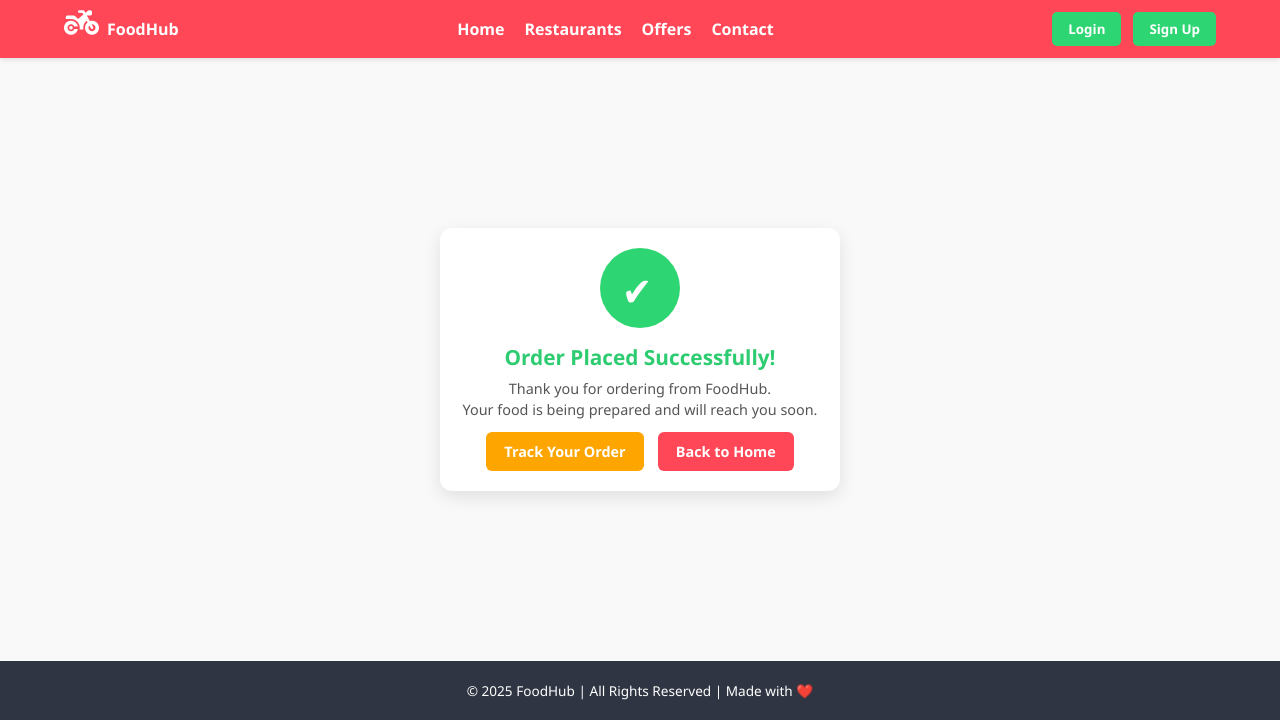
Repository: srinithiashoka/FoodDeliveryApp
Page: http://localhost/FoodDeliveryApp/success.jsp
The author's editor kept a copy of each file at every save. The page is drawn from the files as they stood at one save, then again after the next save.
The browser window is 1280 px wide. The pictures show the whole page.
The page is served by Tomcat 10. Other server files are loaded and not shown.

Above is the page before, as saved 2025-12-03 16:47:52.

### FoodDeliveryApp/src/main/webapp/success.jsp
<%@ page language="java" contentType="text/html; charset=UTF-8" pageEncoding="UTF-8"%>
<%@ page import="com.foodapp.model.User" %>
<%
    User user = (User) session.getAttribute("user");
    // Get orderId dynamically from request parameter or session
    Integer orderId = (Integer) session.getAttribute("lastOrderId");
    if (orderId == null) {
        orderId = 0; // fallback if not available
    }
%>
<!DOCTYPE html>
<html lang="en">
<head>
<meta charset="UTF-8">
<meta name="viewport" content="width=device-width, initial-scale=1.0">
<title>Order Success - FoodHub</title>
<link rel="stylesheet" href="https://cdnjs.cloudflare.com/ajax/libs/font-awesome/6.5.0/css/all.min.css">
<link rel="stylesheet" href="css/home.css">
<style>
/* GENERAL PAGE */
body {
    display: flex;
    flex-direction: column;
    min-height: 100vh;
    background: #f9f9f9;
    color: #333;
}

/* SUCCESS CARD */
.success-section {
    flex: 1;
    display: flex;
    justify-content: center;
    align-items: center;
    padding: 50px 20px;
}
.success-box {
    text-align: center;
    background: #fff;
    padding: 20px 15px;
    border-radius: 12px;
    box-shadow: 0 6px 18px rgba(0,0,0,0.1);
    max-width: 400px;
    width: 100%;
}
.success-animation {
    width: 80px;
    height: 80px;
    margin: 0 auto 15px;
    position: relative;
}
.circle {
    width: 80px;
    height: 80px;
    background: #2ed573;
    border-radius: 50%;
    animation: pop 0.5s ease-out;
}
.checkmark {
    position: absolute;
    top: 15px;
    left: 22px;
    font-size: 40px;
    color: white;
    opacity: 0;
    animation: check 0.6s ease-out 0.2s forwards;
}
@keyframes pop {0%{transform:scale(0.2);opacity:0;}100%{transform:scale(1);opacity:1;}}
@keyframes check {0%{transform:scale(0.2);opacity:0;}100%{transform:scale(1);opacity:1;}}
.success-box h1 {margin-top: 12px; color:#2ecc71; font-size:1.3rem;}
.success-text {margin-top: 8px; color:#555; font-size:0.9rem; line-height:1.4;}
.track-btn, .home-btn {
    display: inline-block;
    margin-top: 12px;
    padding: 10px 18px;
    color: white;
    font-weight: bold;
    border-radius: 6px;
    text-decoration: none;
    font-size: 0.9rem;
    transition: 0.3s;
}
.track-btn {background: #ffa500; /* Orange for track */ margin-right:10px;}
.track-btn:hover {background:#e59400; transform: scale(1.05);}
.home-btn {background: #ff4757;} /* Red for home */
.home-btn:hover {background:#e03c4c; transform: scale(1.05);}

/* FOOTER */
footer {
    background:#2f3542;
    color:white;
    text-align:center;
    padding:20px 0;
    font-size:0.85rem;
    margin-top:auto;
}
</style>
</head>
<body>

<!-- HEADER -->
<header>
    <div class="container">
        <div class="navbar">
            <div class="logo">
                <i class="fa-solid fa-motorcycle scooter-icon"></i>
                <span>FoodHub</span>
            </div>
            <ul class="nav-menu">
                <li><a href="home.jsp">Home</a></li>
                <li><a href="#">Restaurants</a></li>
                <li><a href="#">Offers</a></li>
                <li><a href="#">Contact</a></li>
            </ul>
            <div class="nav-actions">
                <% if (user == null) { %>
                    <button class="btn btn-login" onclick="location.href='login.jsp'">Login</button>
                    <button class="btn btn-signup" onclick="location.href='signup.jsp'">Sign Up</button>
                <% } else { %>
                    <span>Welcome, <%= user.getUsername() %></span>
                <% } %>
            </div>
        </div>
    </div>
</header>

<!-- SUCCESS CONTENT -->
<section class="success-section">
    <div class="success-box">
        <div class="success-animation">
            <div class="circle"></div>
            <div class="checkmark">&#10004;</div>
        </div>
        <h1>Order Placed Successfully!</h1>
        <p class="success-text">
            Thank you for ordering from FoodHub.<br>
            Your food is being prepared and will reach you soon.
        </p>
        <a href="trackorder.jsp?orderId=<%= orderId %>" class="track-btn">Track Your Order</a>
        <a href="home.jsp" class="home-btn">Back to Home</a>
    </div>
</section>

<!-- FOOTER -->
<footer>
    <div class="container">
        <p>© 2025 FoodHub | All Rights Reserved | Made with ❤️ </p>
    </div>
</footer>

</body>
</html>

### FoodDeliveryApp/src/main/webapp/css/home.css
/* RESET & GENERAL */
* {
    margin: 0;
    padding: 0;
    box-sizing: border-box;
    font-family: "Segoe UI", Tahoma, Geneva, Verdana, sans-serif;
}

a {
    text-decoration: none;
    color: inherit;
}

body {
    background: #f9f9f9;
    color: #333;
}

.container {
    width: 90%;
    max-width: 1200px;
    margin: auto;
}


/* ===========================
        HEADER
=========================== */
header {
    background: #ff4757;
    padding: 12px 0;
    color: white;
    position: sticky;
    top: 0;
    z-index: 100;
    box-shadow: 0 2px 5px rgba(0,0,0,0.1);
}

.navbar {
    display: flex;
    justify-content: space-between;
    align-items: center;
}

.logo {
    display: flex;
    align-items: center;
    gap: 8px;
    font-weight: 700;
    transition: transform 0.5s ease, color 0.5s ease;
}

.logo:hover {
    transform: rotate(-5deg) scale(1.05);
    color: #ffeaa7;
}

.scooter-icon {
    font-size: 28px;
    animation: bounce 2s infinite;
    color: white;
}

@keyframes bounce {
    0%, 100% { transform: translateY(0); }
    50% { transform: translateY(-6px); }
}

.nav-menu {
    display: flex;
    list-style: none;
    gap: 20px;
}

.nav-menu li a {
    font-weight: bold;
    color: white;
    transition: color 0.3s;
}

.nav-menu li a:hover {
    color: #ffeaa7;
}

.nav-actions {
    display: flex;
    align-items: center;
    gap: 12px;
}

.btn {
    padding: 8px 16px;
    border: none;
    border-radius: 5px;
    cursor: pointer;
    font-weight: bold;
    transition: background 0.3s, transform 0.2s;
}

.btn-login,
.btn-signup {
    background: #2ed573;
    color: white;
}

.btn-login:hover,
.btn-signup:hover {
    background: #26c35e;
    transform: scale(1.05);
}

.cart-icon-wrapper {
    position: relative;
}

.cart-badge {
    position: absolute;
    top: -5px;
    right: -7px;
    background: #ff4757;
    color: white;
    font-size: 12px;
    padding: 2px 6px;
    border-radius: 50%;
}


/* ===========================
            HERO
=========================== */
.hero {
    background: #ff4b4b;
    color: white;
    text-align: center;
    padding: 100px 20px 50px;
    border-radius: 0;
}

.hero h1 {
    font-size: 2.6rem;
    margin-bottom: 20px;
    text-shadow: 1px 1px 6px rgba(0,0,0,0.3);
    animation: heroFade 1s ease-out forwards;
}

.hero p {
    font-size: 1.2rem;
    margin-bottom: 25px;
    text-shadow: 1px 1px 5px rgba(0,0,0,0.3);
}

@keyframes heroFade {
    0% { opacity: 0; transform: translateY(-20px); }
    100% { opacity: 1; transform: translateY(0); }
}


/* ===========================
        SEARCH CARD
=========================== */
.search-card {
    background: white;
    padding: 15px;
    display: flex;
    justify-content: center;
    align-items: center;
    gap: 10px;
    max-width: 750px;
    margin: 20px auto;
    box-shadow: 0 6px 15px rgba(0,0,0,0.1);
    border-radius: 12px;
    animation: searchCardFade 0.8s ease-out;
}

@keyframes searchCardFade {
    0% { opacity: 0; transform: translateY(20px); }
    100% { opacity: 1; transform: translateY(0); }
}

.search-input {
    padding: 12px;
    border: 1px solid #ddd;
    background: #fff;
    font-size: 14px;
    width: 200px;
    height: 50px;
    border-radius: 8px;
    outline: none;
    transition: 0.3s;
}

.search-input:hover {
    border-color: #ff4757;
    box-shadow: 0 2px 6px rgba(255,71,87,0.3);
}

.search-btn {
    padding: 12px 20px;
    background: #ff4757;
    color: white;
    border: none;
    font-weight: bold;
    cursor: pointer;
    height: 50px;
    border-radius: 8px;
    transition: 0.3s;
}

.search-btn:hover {
    background: #e03c4c;
    transform: scale(1.03);
}


/* ===========================
        CATEGORIES
=========================== */
.categories {
    padding: 40px 0;
}

.categories h2 {
    text-align: center;
    margin-bottom: 30px;
    font-size: 2rem;
    color: #ff4757;
}

.category-grid {
    display: flex;
    flex-wrap: wrap;
    justify-content: center;
    gap: 20px;
}

.category-card {
    background: white;
    border-radius: 10px;
    width: 140px;
    height: 150px;
    display: flex;
    flex-direction: column;
    align-items: center;
    justify-content: flex-start;
    box-shadow: 0 4px 12px rgba(0,0,0,0.1);
    cursor: pointer;
    transition: transform 0.3s, box-shadow 0.3s;
}

.category-card:hover {
    transform: translateY(-6px);
    box-shadow: 0 8px 18px rgba(0,0,0,0.15);
}

.category-card img {
    width: 100%;
    height: 100px;
    object-fit: cover;
    border-radius: 10px 10px 0 0;
}

.category-card p {
    margin: 6px 0;
    font-weight: 600;
    font-size: 0.95rem;
}


/* ===========================
        RESTAURANTS
=========================== */
.restaurants {
    padding: 30px 0;
}

.restaurants h2 {
    text-align: center;
    margin: 15px 0 25px;
    font-size: 2.2rem;
    font-weight: 700;
    color: #ff4757;
    opacity: 0;
    animation: fadeInTitle 1s forwards;
}

@keyframes fadeInTitle {
    from { opacity: 0; transform: translateY(15px); }
    to   { opacity: 1; transform: translateY(0); }
}

.restaurant-grid {
    display: flex;
    flex-wrap: wrap;
    justify-content: center;
    gap: 20px;
}

.restaurant-card {
    background: white;
    width: 240px;
    border-radius: 10px;
    overflow: hidden;
    box-shadow: 0 4px 15px rgba(0,0,0,0.1);
    transition: transform 0.3s, box-shadow 0.3s;
    cursor: pointer;
}

.restaurant-card:hover {
    transform: translateY(-6px);
    box-shadow: 0 10px 22px rgba(0,0,0,0.15);
}

.restaurant-card img {
    width: 100%;
    height: 150px;
    object-fit: cover;
}

.restaurant-info {
    padding: 15px;
}

.restaurant-info h3 {
    margin: 0 0 6px;
    font-size: 1.15rem;
}

.restaurant-meta {
    display: flex;
    justify-content: space-between;
    font-size: 0.85rem;
    color: #555;
    margin-bottom: 6px;
}

.restaurant-info p {
    margin: 2px 0;
    font-size: 0.9rem;
}


/* ===========================
            FOOTER
=========================== */
footer {
    background: #2f3542;
    color: white;
    text-align: center;
    padding: 20px 0;
    margin-top: 40px;
    font-size: 0.85rem;
}


/* ===========================
        RESPONSIVE
=========================== */
@media (max-width: 768px) {
    .nav-menu { display: none; }
    .search-card { flex-direction: column; }
    .search-input { width: 90%; }
    .search-btn { width: 90%; }
    .category-card,
    .restaurant-card { width: 48%; }
}

@media (max-width: 480px) {
    .category-card,
    .restaurant-card { width: 90%; }
    .hero h1 { font-size: 1.8rem; }
    .hero p { font-size: 0.95rem; }
}

After the next save:
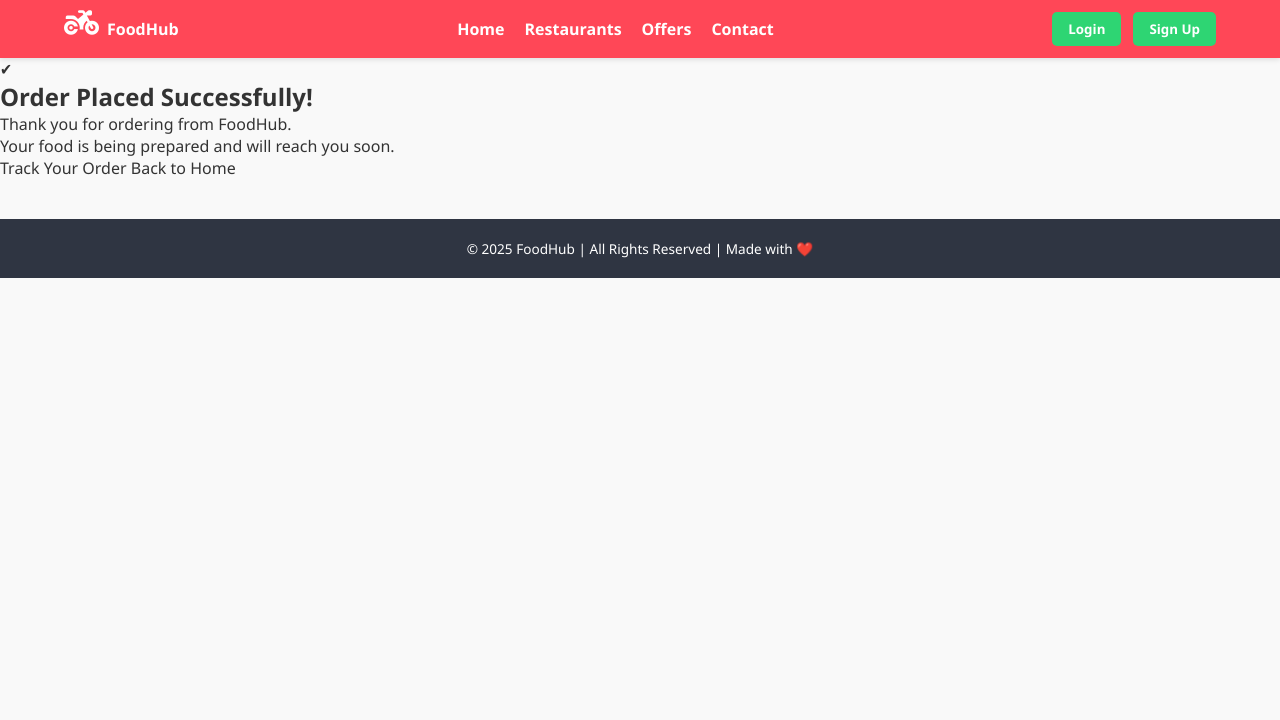
Saved 20 s later.
--- a/FoodDeliveryApp/src/main/webapp/success.jsp
+++ b/FoodDeliveryApp/src/main/webapp/success.jsp
@@ -16,85 +16,7 @@
 <title>Order Success - FoodHub</title>
 <link rel="stylesheet" href="https://cdnjs.cloudflare.com/ajax/libs/font-awesome/6.5.0/css/all.min.css">
 <link rel="stylesheet" href="css/home.css">
-<style>
-/* GENERAL PAGE */
-body {
-    display: flex;
-    flex-direction: column;
-    min-height: 100vh;
-    background: #f9f9f9;
-    color: #333;
-}
 
-/* SUCCESS CARD */
-.success-section {
-    flex: 1;
-    display: flex;
-    justify-content: center;
-    align-items: center;
-    padding: 50px 20px;
-}
-.success-box {
-    text-align: center;
-    background: #fff;
-    padding: 20px 15px;
-    border-radius: 12px;
-    box-shadow: 0 6px 18px rgba(0,0,0,0.1);
-    max-width: 400px;
-    width: 100%;
-}
-.success-animation {
-    width: 80px;
-    height: 80px;
-    margin: 0 auto 15px;
-    position: relative;
-}
-.circle {
-    width: 80px;
-    height: 80px;
-    background: #2ed573;
-    border-radius: 50%;
-    animation: pop 0.5s ease-out;
-}
-.checkmark {
-    position: absolute;
-    top: 15px;
-    left: 22px;
-    font-size: 40px;
-    color: white;
-    opacity: 0;
-    animation: check 0.6s ease-out 0.2s forwards;
-}
-@keyframes pop {0%{transform:scale(0.2);opacity:0;}100%{transform:scale(1);opacity:1;}}
-@keyframes check {0%{transform:scale(0.2);opacity:0;}100%{transform:scale(1);opacity:1;}}
-.success-box h1 {margin-top: 12px; color:#2ecc71; font-size:1.3rem;}
-.success-text {margin-top: 8px; color:#555; font-size:0.9rem; line-height:1.4;}
-.track-btn, .home-btn {
-    display: inline-block;
-    margin-top: 12px;
-    padding: 10px 18px;
-    color: white;
-    font-weight: bold;
-    border-radius: 6px;
-    text-decoration: none;
-    font-size: 0.9rem;
-    transition: 0.3s;
-}
-.track-btn {background: #ffa500; /* Orange for track */ margin-right:10px;}
-.track-btn:hover {background:#e59400; transform: scale(1.05);}
-.home-btn {background: #ff4757;} /* Red for home */
-.home-btn:hover {background:#e03c4c; transform: scale(1.05);}
-
-/* FOOTER */
-footer {
-    background:#2f3542;
-    color:white;
-    text-align:center;
-    padding:20px 0;
-    font-size:0.85rem;
-    margin-top:auto;
-}
-</style>
 </head>
 <body>
 
